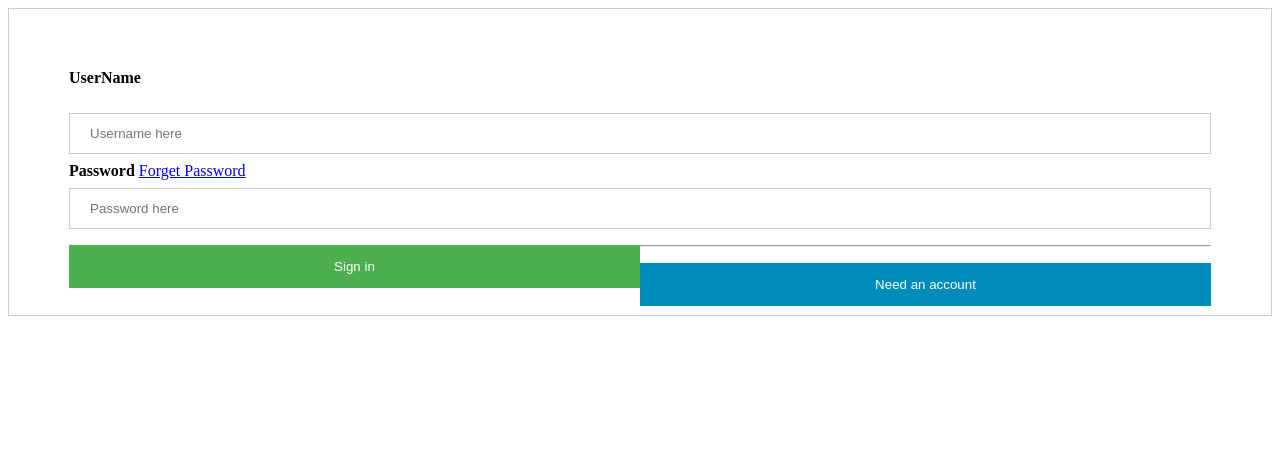
Repository: hamshini/demopro
Page: wippro/Application/WebContent/signin.html
The author's editor kept a copy of each file at every save. The page is drawn from the files as they stood at one save, then again after the next save.
The browser window is 1280 px wide. The pictures show the whole page.

Above is the page before, as saved 2018-01-06 06:17:33.

After the next save:
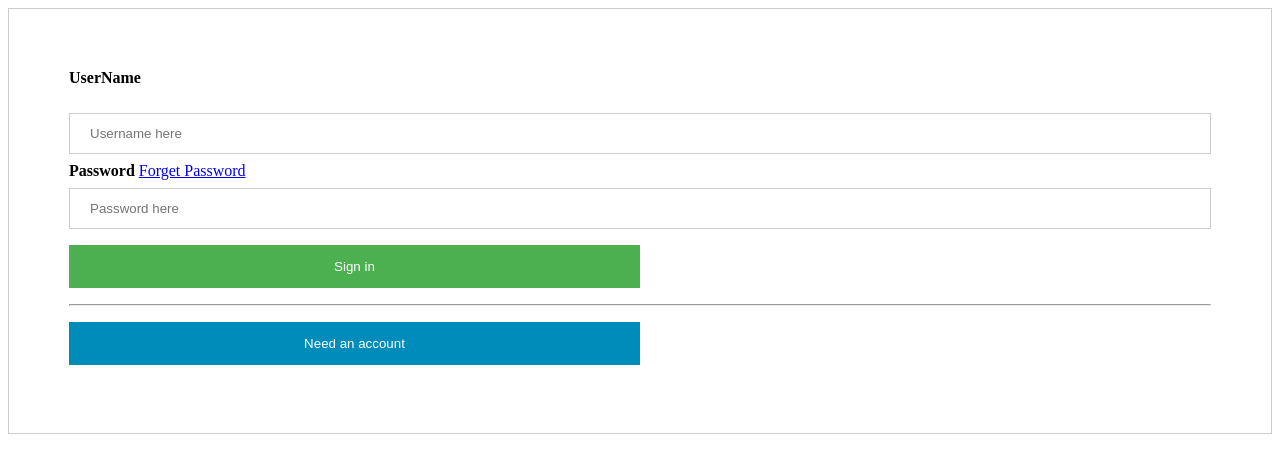
Saved 33 s later.
--- a/wippro/Application/WebContent/signin.html
+++ b/wippro/Application/WebContent/signin.html
@@ -38,6 +38,11 @@ button {
 	padding: 14px 50px;
 	background-color: #4CAF50;
 }
+.clearfix::after {
+    content: "";
+    clear: both;
+    display: table;
+}
 @media screen and (max-width: 300px) {
     .cancelbtn, .signupbtn {
        width: 100%;
